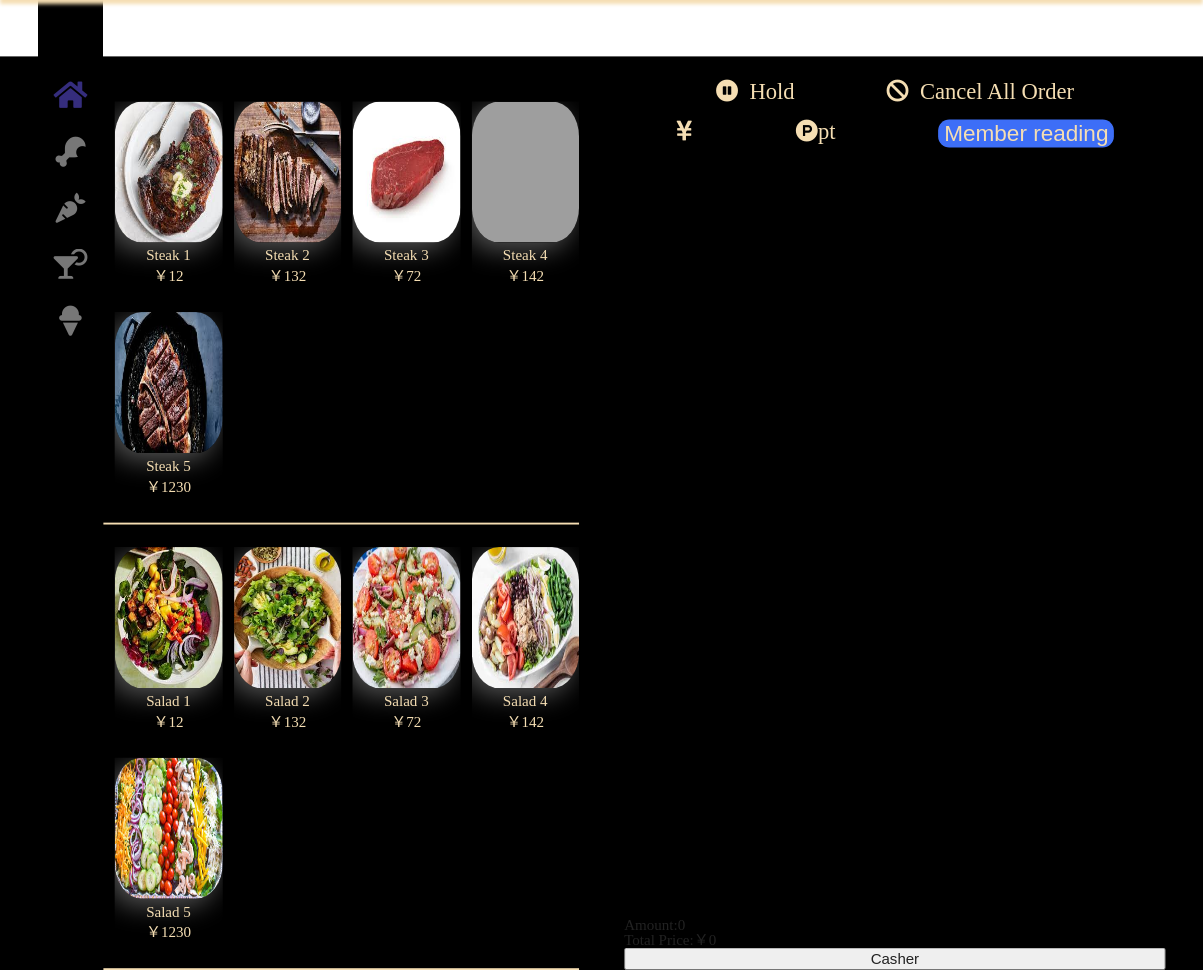
Repository: vuhungson158/Menu
Page: /
An editor plug-in stored every save of this project. The page is shown before and after the next save, followed by the edit.
The browser window is 1280 px wide. The pictures show the whole page, at 94% of full size.
Pictures or frames that could not be fetched are drawn as grey boxes. The project was rebuilt for these pictures with package versions that can differ from the ones it lists, and the page was loaded fresh each time. Also part of the build but not shown: src/component/mainMenu/orderBlock/orderContent/OrderedItem.jsx, src/redux-store/actions/HoldActions.jsx, src/component/mainMenu/orderBlock/utilities/HoldItem.jsx.

Above is the page before, as saved 2021-08-22 10:22:34.

After the next save:
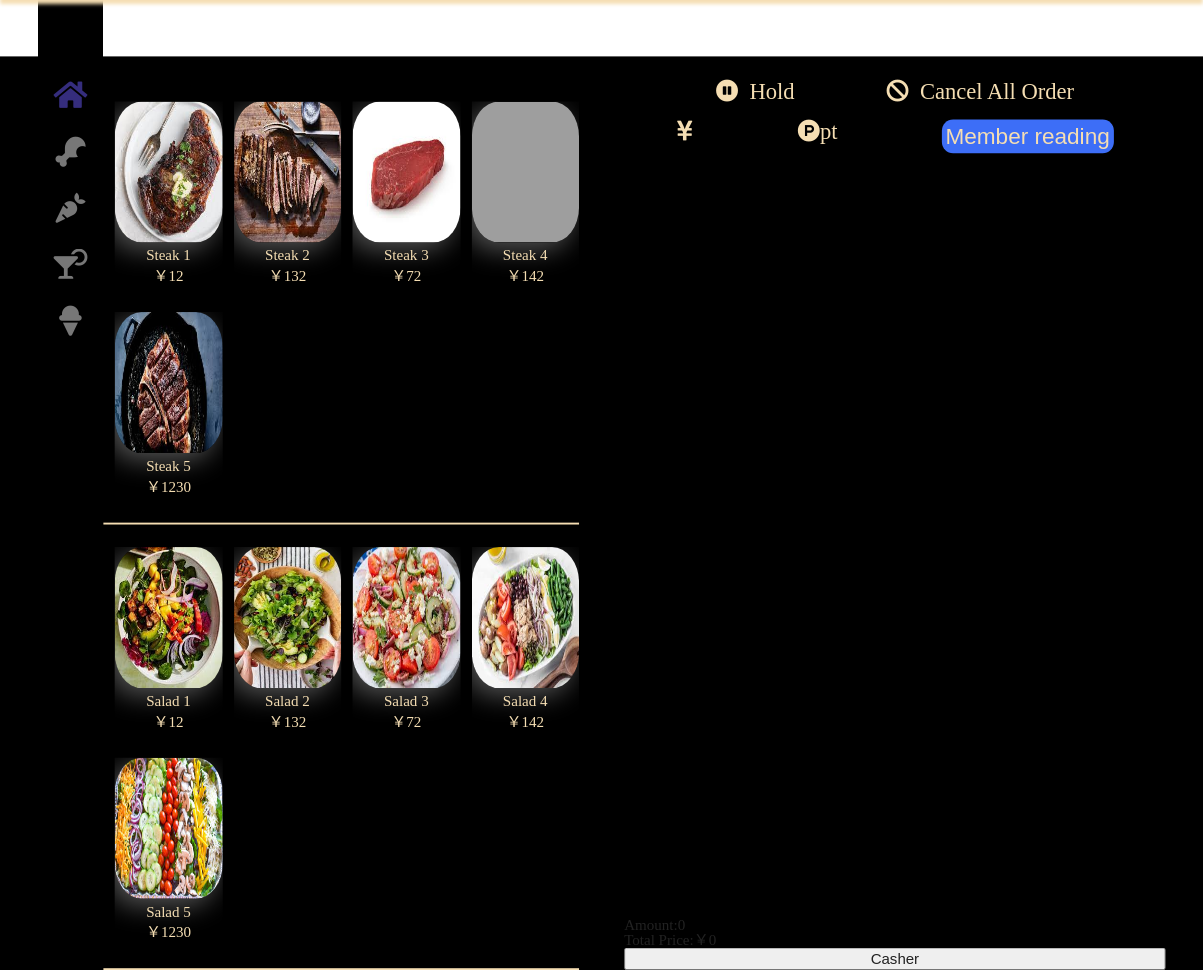
Saved 9 s later.
--- a/src/styles/App.scss
+++ b/src/styles/App.scss
@@ -322,6 +322,7 @@ body {
                         border: 0;
                         background-color: $background-color_4th;
                         color: $color_1st;
+                        padding: 4px;
                     }
                 }
                 #order-list {
